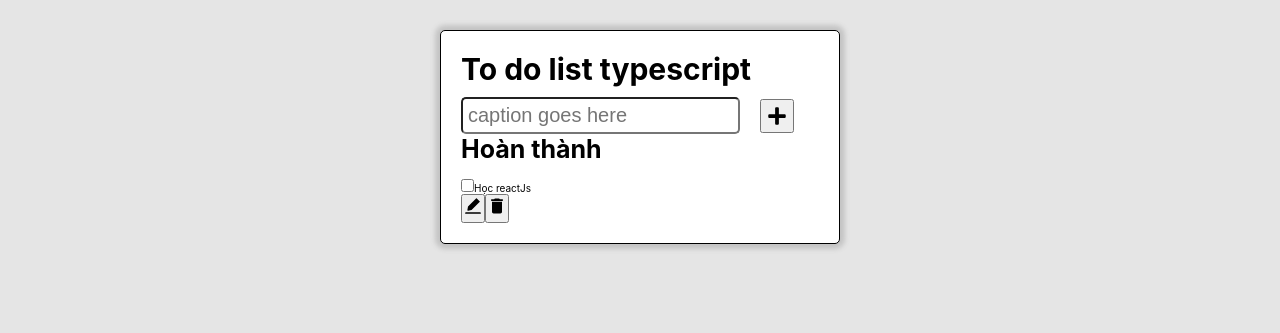
Repository: Nhatktvn/TodoListReactTs
Page: /
An editor plug-in stored every save of this project. The page is shown before and after the next save, followed by the edit.
The browser window is 1280 px wide. The pictures show the whole page.
The project was rebuilt for these pictures with package versions that can differ from the ones it lists, and the page was loaded fresh each time.

Above is the page before, as saved 2023-11-08 08:58:10.

### src/index.css
* {
  margin: 0;
  padding: 0;
  box-sizing: border-box;
}

html {
  font-size: 10px;
  --font-size: 2rem;
}

body {
  margin: 0;
  font-family: -apple-system, BlinkMacSystemFont, 'Segoe UI', 'Roboto', 'Oxygen', 'Ubuntu', 'Cantarell', 'Fira Sans',
    'Droid Sans', 'Helvetica Neue', sans-serif;
  -webkit-font-smoothing: antialiased;
  -moz-osx-font-smoothing: grayscale;
  background-color: #e5e5e5;
}

input,
button {
  font-size: var(--font-size);
}
code {
  font-family: source-code-pro, Menlo, Monaco, Consolas, 'Courier New', monospace;
}

### src/App.tsx
import React from 'react'
import './App.css'
import TodoList from './components/TodoList/TodoList'

function App() {
  return (
    <div className='App'>
      <TodoList />
    </div>
  )
}

export default App

### src/components/TodoList/TodoList.tsx
import React from 'react'
import styles from './todoList.module.scss'
import TaskInput from '../TaskInput/TaskInput'
import TaskList from '../TaskList/TaskList'
export default function TodoList() {
  return (
    <div className={styles.todoList}>
      <div className={styles.todoListContainer}>
        <TaskInput />
        <TaskList />
      </div>
    </div>
  )
}

### src/components/TodoList/todoList.module.scss
.todoList {
  padding: 3rem;
}
.todoListContainer {
  background-color: #fff;
  padding: 2rem;
  max-width: 40rem;
  border-radius: 5px;
  margin: 0 auto;
  border: 1px solid #000;
  box-shadow: 0px 0px 5px 5px #c4c4c4;
  text-align: left;
}

### src/components/TaskInput/TaskInput.tsx
import React from 'react'
import styles from './taskInput.module.scss'
import { FaPlus } from 'react-icons/fa'
export default function TaskInput() {
  return (
    <div>
      <h1 className={styles.title}>To do list typescript</h1>
      <form className={styles.form}>
        <input type='text' placeholder='caption goes here' />
        <button type='submit'>
          <FaPlus />
        </button>
      </form>
    </div>
  )
}

### src/components/TaskList/TaskList.tsx
import React from 'react'
import styles from './tasklist.module.scss'
import { AiFillEdit } from 'react-icons/ai'
import { MdDelete } from 'react-icons/md'
export default function TaskList() {
  return (
    <div>
      <h2 className={styles.title}>Hoàn thành</h2>
      <div className={styles.tasks}>
        <div className={styles.task}>
          <input type='checkbox' />
          <span>Học reactJs</span>
          <div className={styles.taskAction}>
            <button className={styles.btn}>
              <AiFillEdit />
            </button>
            <button className={styles.btn}>
              <MdDelete />
            </button>
          </div>
        </div>
      </div>
    </div>
  )
}

### src/components/TaskInput/taskInput.module.scss
.title {
  font-size: 3rem;
  margin-bottom: 1rem;
}

.form {
  display: flex;
  justify-content: left;
  align-items: center;
  gap: 2rem;
  input {
    padding: 5px;
    border-radius: 5px;
  }
  button {
    flex-shrink: 0;
    cursor: pointer;
    display: flex;
    justify-content: center;
    align-items: center;
    padding: 5px;
  }
}

### src/components/TaskList/tasklist.module.scss
.title {
  font-size: 2.5rem;
  margin-bottom: 1.5rem;
}

Loaded but not shown: public/index.html (common file); src/index.tsx (common file); src/reportWebVitals.ts (common file); src/App.css (common file)

After the next save:
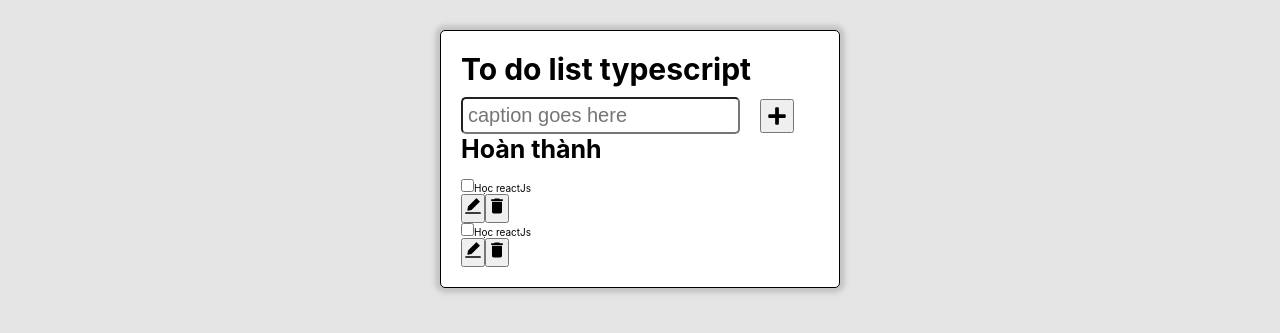
Saved 45 s later.
--- a/src/components/TaskList/TaskList.tsx
+++ b/src/components/TaskList/TaskList.tsx
@@ -19,6 +19,18 @@ export default function TaskList() {
             </button>
           </div>
         </div>
+        <div className={styles.task}>
+          <input type='checkbox' />
+          <span>Học reactJs</span>
+          <div className={styles.taskAction}>
+            <button className={styles.btn}>
+              <AiFillEdit />
+            </button>
+            <button className={styles.btn}>
+              <MdDelete />
+            </button>
+          </div>
+        </div>
       </div>
     </div>
   )
